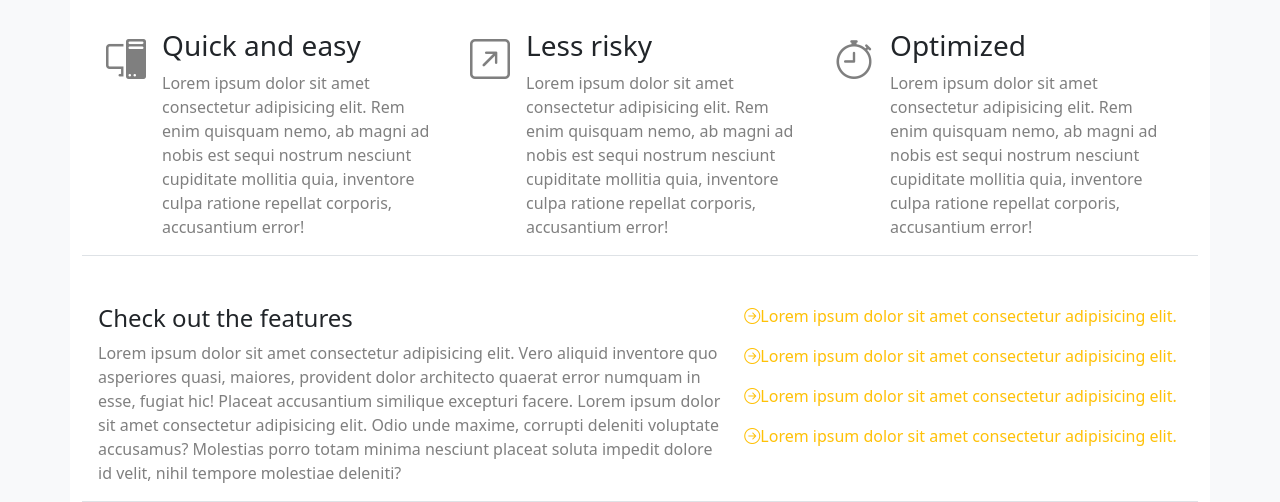
Repository: lyvandat/dh---bootstrap1
Page: index.html
The author's editor kept a copy of each file at every save. The page is drawn from the files as they stood at one save, then again after the next save.
The browser window is 1280 px wide. The pictures show the part of the page from y = 545 to 1122 px (the page is 1047 px tall before and 1122 px after).
A picture or video elsewhere on the page could not be fetched, so the positions and the page height are approximate. Some web libraries are served in a nearby version.

Above is the page before, as saved 2022-11-01 20:59:27.

After the next save:
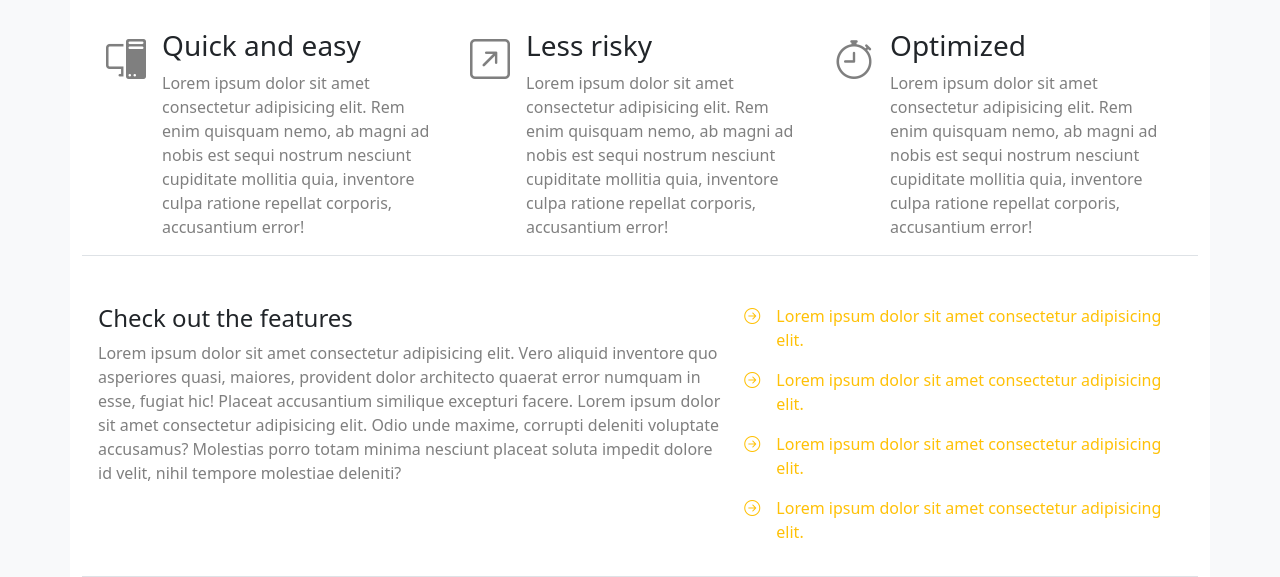
Saved 12 s later.
--- a/index.html
+++ b/index.html
@@ -108,19 +108,19 @@
         <ul class="col-5">
           <li class="text-warning fs-6 d-flex">
             <i class="bi bi-arrow-right-circle"></i>
-            <p>Lorem ipsum dolor sit amet consectetur adipisicing elit.</p>
+            <p class="ms-3">Lorem ipsum dolor sit amet consectetur adipisicing elit.</p>
           </li>
           <li class="text-warning fs-6 d-flex">
             <i class="bi bi-arrow-right-circle"></i>
-            <p>Lorem ipsum dolor sit amet consectetur adipisicing elit.</p>
+            <p class="ms-3">Lorem ipsum dolor sit amet consectetur adipisicing elit.</p>
           </li>
           <li class="text-warning fs-6 d-flex">
             <i class="bi bi-arrow-right-circle"></i>
-            <p>Lorem ipsum dolor sit amet consectetur adipisicing elit.</p>
+            <p class="ms-3">Lorem ipsum dolor sit amet consectetur adipisicing elit.</p>
           </li>
           <li class="text-warning fs-6 d-flex">
             <i class="bi bi-arrow-right-circle"></i>
-            <p>Lorem ipsum dolor sit amet consectetur adipisicing elit.</p>
+            <p class="ms-3">Lorem ipsum dolor sit amet consectetur adipisicing elit.</p>
           </li>
         </ul>
       </section>
